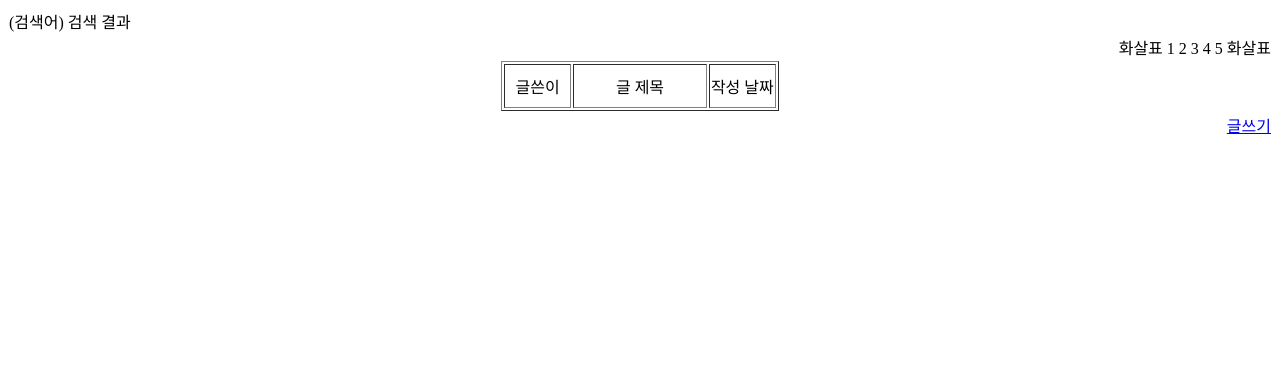
Repository: GOHO97/Haheeho
Page: http://localhost/Haheeho_Adblock/WEB-INF/views/board/board.jsp
These files come from the project's save history. The page is drawn as it stood at one moment and after the next save; the edit follows.
The browser window is 1280 px wide. The pictures show the whole page.
The page is served by Tomcat 9. Nobody is signed in. Other server files are loaded and not shown. The template is opened directly, without the code that normally fills it, so the values that code supplies are empty.

Above is the page before, as saved 2022-11-01 03:04:35.

### Haheeho_Adblock/src/main/webapp/WEB-INF/views/board/board.jsp
<%@ page language="java" contentType="text/html; charset=UTF-8"
    pageEncoding="UTF-8"%>
<!DOCTYPE html>
<html>
<head>
<meta charset="UTF-8">
<title>Insert title here</title>
<link rel="stylesheet" href="resources/css/board.css">
</head>
<body>
	<table id="boardMainTable">
		<tr>
			<td align="left">
				(검색어) 검색 결과
			</td>
		</tr>
		<tr>
			<td align="right">
				화살표 1 2 3 4 5 화살표
			</td>
		</tr>
		<tr>
			<td align="center">
				<table border="1" id="boardArea">
					<tr>
						<td class="boardUserName" align="center">
							글쓴이
						</td>
						<td class="boardTitle" align="center">
							<a>글 제목</a>
						</td>
						<td class="boardDate" align="center">
							작성 날짜
						</td>
					</tr>
				</table>
			</td>
		</tr>
		<tr>
			<td align="right">
				<a href="board.write.go">글쓰기</a>
			</td>
		</tr>
	</table>
</body>
</html>

### Haheeho_Adblock/src/main/webapp/resources/css/board.css
@charset "UTF-8";

#boardSearchTab {
	width: 50%;
	height: 30px;
}

#boardMainTable{
	width: 100%;
	border-spacing: 0;
}

.boardArea {
	border-left: 2px solid #757575;
	border-right: 2px solid #757575;
	box-shadow: 2px 2px 2px #BDBDBD;
	width: 100%;
	background-color: #FFE16480;
}


.boardUserName, .boardTitle, .boardDate{
	height: 40px;
}

.boardUserName{
	width: 25%;
}

.boardTitle{
	width: 50%;
}

.boardDate{
	width: 25%;
}

#boardWriteButton{
	background-color: #EF5E5A;
	border: none;
	font-family: "b";
	font-size: 20px;
	color: #FFE164;
	border-bottom-left-radius: 5px;
	border-bottom-right-radius: 5px;
}

#boardSearchResultDiv{
	margin-right: 440px;
	width: 400px;
	height: 30px;
	padding-top:10px;
	border-top: 2px solid #757575;
	border-left: 2px solid #757575;
	border-right: 2px solid #757575;
	border-top-left-radius: 5px;
	border-top-right-radius: 5px;
	text-align: center;
}

#boardSearchResultDiv span{
	color: red;
}

#boardSearchResultDiv a{
	font-size: 15px;
	background-color: #EF5E5A30;
	border-radius: 5px;
}

#boardPageNum{
	border-left: 2px solid #757575;
	border-right: 2px solid #757575;
	border-bottom: 2px solid #757575;
	box-shadow: 2px 2px 2px #BDBDBD;
	padding-right: 20px;
}

After the next save:
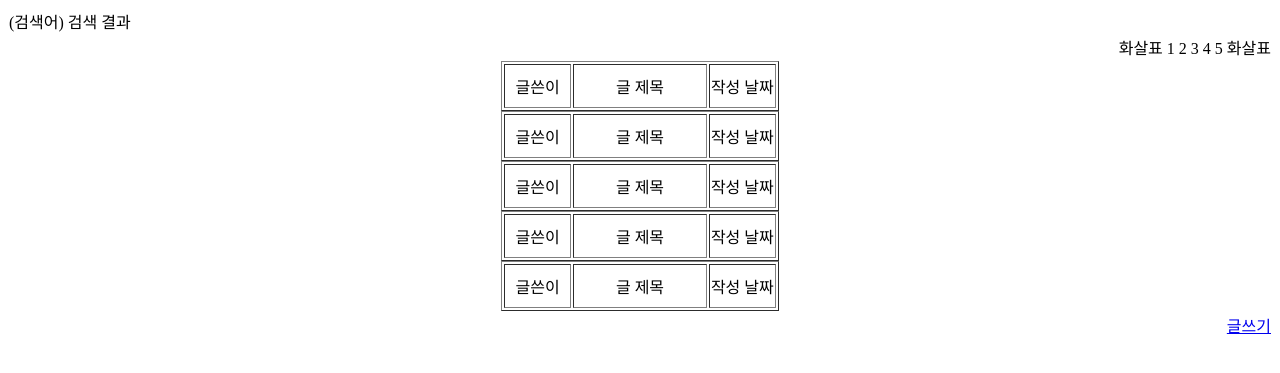
Saved 68 s later.
--- a/Haheeho_Adblock/src/main/webapp/WEB-INF/views/board/board.jsp
+++ b/Haheeho_Adblock/src/main/webapp/WEB-INF/views/board/board.jsp
@@ -34,6 +34,58 @@
 						</td>
 					</tr>
 				</table>
+				<table border="1" id="boardArea">
+					<tr>
+						<td class="boardUserName" align="center">
+							글쓴이
+						</td>
+						<td class="boardTitle" align="center">
+							<a>글 제목</a>
+						</td>
+						<td class="boardDate" align="center">
+							작성 날짜
+						</td>
+					</tr>
+				</table>
+				<table border="1" id="boardArea">
+					<tr>
+						<td class="boardUserName" align="center">
+							글쓴이
+						</td>
+						<td class="boardTitle" align="center">
+							<a>글 제목</a>
+						</td>
+						<td class="boardDate" align="center">
+							작성 날짜
+						</td>
+					</tr>
+				</table>
+				<table border="1" id="boardArea">
+					<tr>
+						<td class="boardUserName" align="center">
+							글쓴이
+						</td>
+						<td class="boardTitle" align="center">
+							<a>글 제목</a>
+						</td>
+						<td class="boardDate" align="center">
+							작성 날짜
+						</td>
+					</tr>
+				</table>
+				<table border="1" id="boardArea">
+					<tr>
+						<td class="boardUserName" align="center">
+							글쓴이
+						</td>
+						<td class="boardTitle" align="center">
+							<a>글 제목</a>
+						</td>
+						<td class="boardDate" align="center">
+							작성 날짜
+						</td>
+					</tr>
+				</table>
 			</td>
 		</tr>
 		<tr>

After the save that followed:
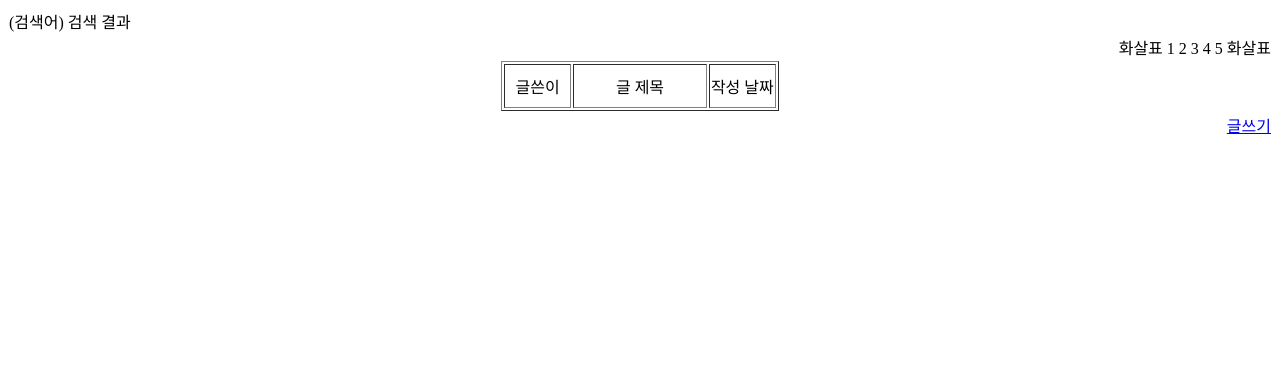
Saved 43 s later.
--- a/Haheeho_Adblock/src/main/webapp/WEB-INF/views/board/board.jsp
+++ b/Haheeho_Adblock/src/main/webapp/WEB-INF/views/board/board.jsp
@@ -34,58 +34,6 @@
 						</td>
 					</tr>
 				</table>
-				<table border="1" id="boardArea">
-					<tr>
-						<td class="boardUserName" align="center">
-							글쓴이
-						</td>
-						<td class="boardTitle" align="center">
-							<a>글 제목</a>
-						</td>
-						<td class="boardDate" align="center">
-							작성 날짜
-						</td>
-					</tr>
-				</table>
-				<table border="1" id="boardArea">
-					<tr>
-						<td class="boardUserName" align="center">
-							글쓴이
-						</td>
-						<td class="boardTitle" align="center">
-							<a>글 제목</a>
-						</td>
-						<td class="boardDate" align="center">
-							작성 날짜
-						</td>
-					</tr>
-				</table>
-				<table border="1" id="boardArea">
-					<tr>
-						<td class="boardUserName" align="center">
-							글쓴이
-						</td>
-						<td class="boardTitle" align="center">
-							<a>글 제목</a>
-						</td>
-						<td class="boardDate" align="center">
-							작성 날짜
-						</td>
-					</tr>
-				</table>
-				<table border="1" id="boardArea">
-					<tr>
-						<td class="boardUserName" align="center">
-							글쓴이
-						</td>
-						<td class="boardTitle" align="center">
-							<a>글 제목</a>
-						</td>
-						<td class="boardDate" align="center">
-							작성 날짜
-						</td>
-					</tr>
-				</table>
 			</td>
 		</tr>
 		<tr>
